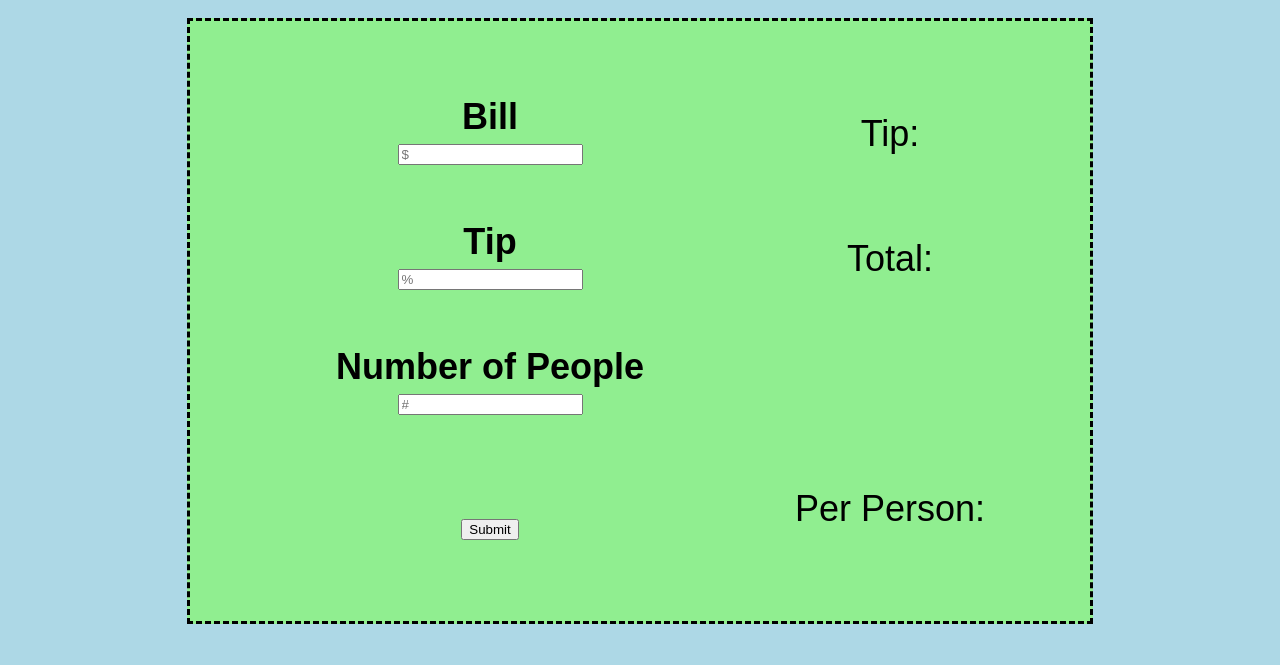
Repository: SamirIngley/Tip-Calculator
Page: tip_display.html
An editor plug-in stored every save of this project. The page is shown before and after the next save, followed by the edit.
The browser window is 1280 px wide. The pictures show the whole page.

Above is the page before, as saved 2020-02-13 11:03:18.

After the next save:
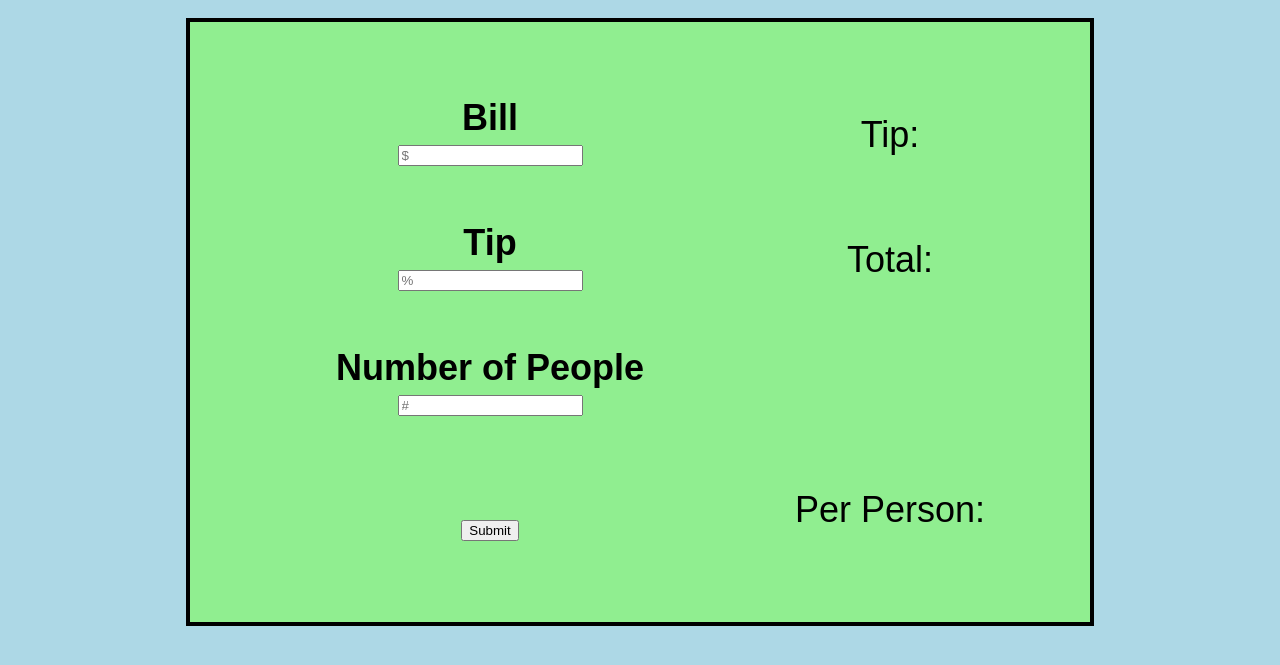
Saved 72 s later.
--- a/style.css
+++ b/style.css
@@ -31,7 +31,9 @@ body {
     line-height: 30px;
     margin: 10px;
     padding: 50px;
-    border-style: dashed;
+    border-style: solid;
+    border-width: 4px;
+    border-color: black;
 }
 
 .bill {
